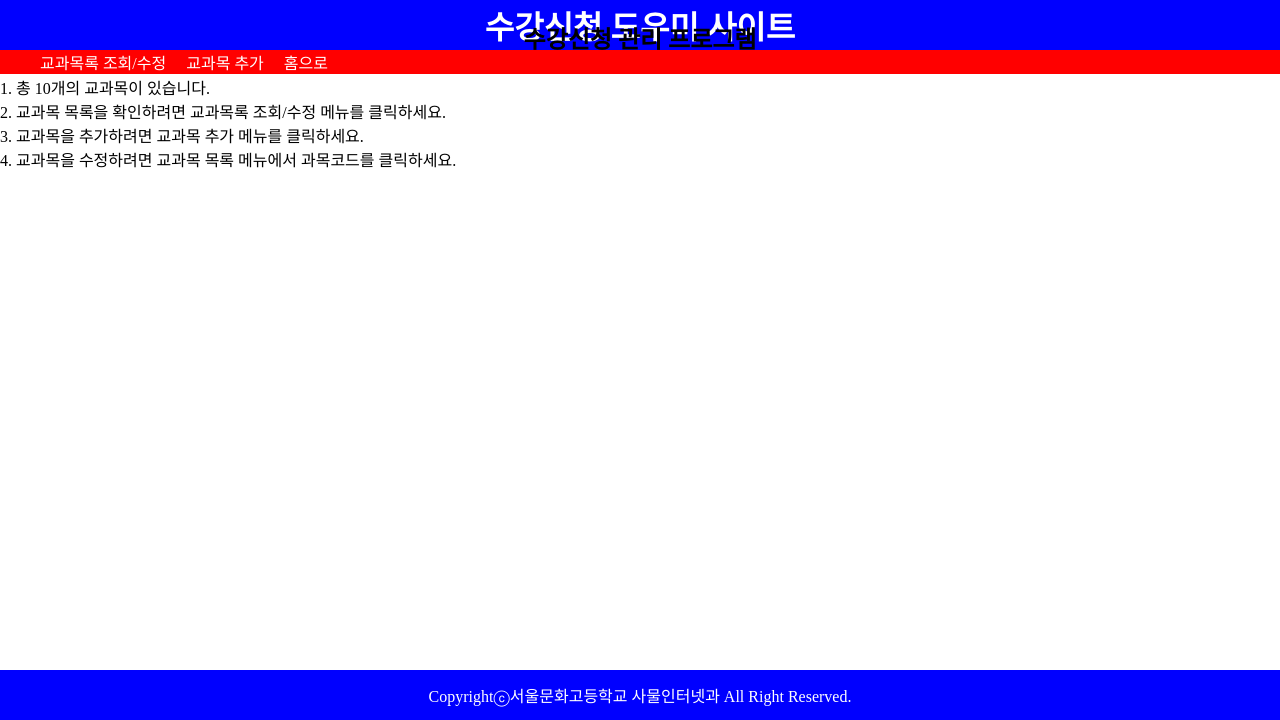
Repository: yuuki08noah/CHUNGCHUSANKI
Page: http://localhost/HRD_002/
An editor plug-in stored every save of this project. The page is shown before and after the next save, followed by the edit.
The browser window is 1280 px wide. The pictures show the whole page.
The page is served by Tomcat 9. Other server files are loaded and not shown.

Above is the page before, as saved 2025-04-01 07:54:35.

### HRD_002/src/main/webapp/index.jsp
<%@ page language="java" contentType="text/html; charset=UTF-8"
    pageEncoding="UTF-8"%>
<!DOCTYPE html>
<html>
<head>
<meta charset="UTF-8">
<title>Index</title>
</head>
<body>
	<jsp:include page="header.jsp"/>
	<section style="position: absolute; width: 100%; top:">
		<div style="text-align: center; width: 100%">
			<h2>수강신청 관리 프로그램</h2>
		</div>
		1. 총 10개의 교과목이 있습니다.<br>
		2. 교과목 목록을 확인하려면 교과목록 조회/수정 메뉴를 클릭하세요.<br>
		3. 교과목을 추가하려면 교과목 추가 메뉴를 클릭하세요.<br>
		4. 교과목을 수정하려면 교과목 목록 메뉴에서 과목코드를 클릭하세요.
	</section>
	<jsp:include page="footer.jsp"/>
</body>
</html>

### HRD_002/src/main/webapp/header.jsp
<%@ page language="java" contentType="text/html; charset=UTF-8"
    pageEncoding="UTF-8"%>
<!DOCTYPE html>
<html>
<head>
<meta charset="UTF-8">
<title>Header</title>
</head>
<body style="margin: 0 0; padding: 0 0;">
	<div style="display: flex; position: fixed; top: 0px; justify-content: center; align-items: center; background-color: blue; width: 100%; height: 50px; color: white;"><h1>수강신청 도우미 사이트</h1></div>
	<div style="display: flex; gap: 20px; width: 100%; padding-left: 40px; background-color: red; position: fixed; top: 50px; color: white">
	<a>교과목록 조회/수정</a>

	<a>교과목 추가</a>

	<a>홈으로</a>
	</div>
</body>
</html>

### HRD_002/src/main/webapp/footer.jsp
<%@ page language="java" contentType="text/html; charset=UTF-8"
    pageEncoding="UTF-8"%>
<!DOCTYPE html>
<html>
<head>
<meta charset="UTF-8">
<title>Footer</title>
</head>
<body style="margin:0 0; padding: 0 0">
	<div style="display: flex; position: fixed; bottom: 0px; justify-content: center; align-items: center; background-color: blue; width: 100%; height: 50px; color: white;">Copyrightⓒ서울문화고등학교 사물인터넷과 All Right Reserved.</div>

</body>
</html>

After the next save:
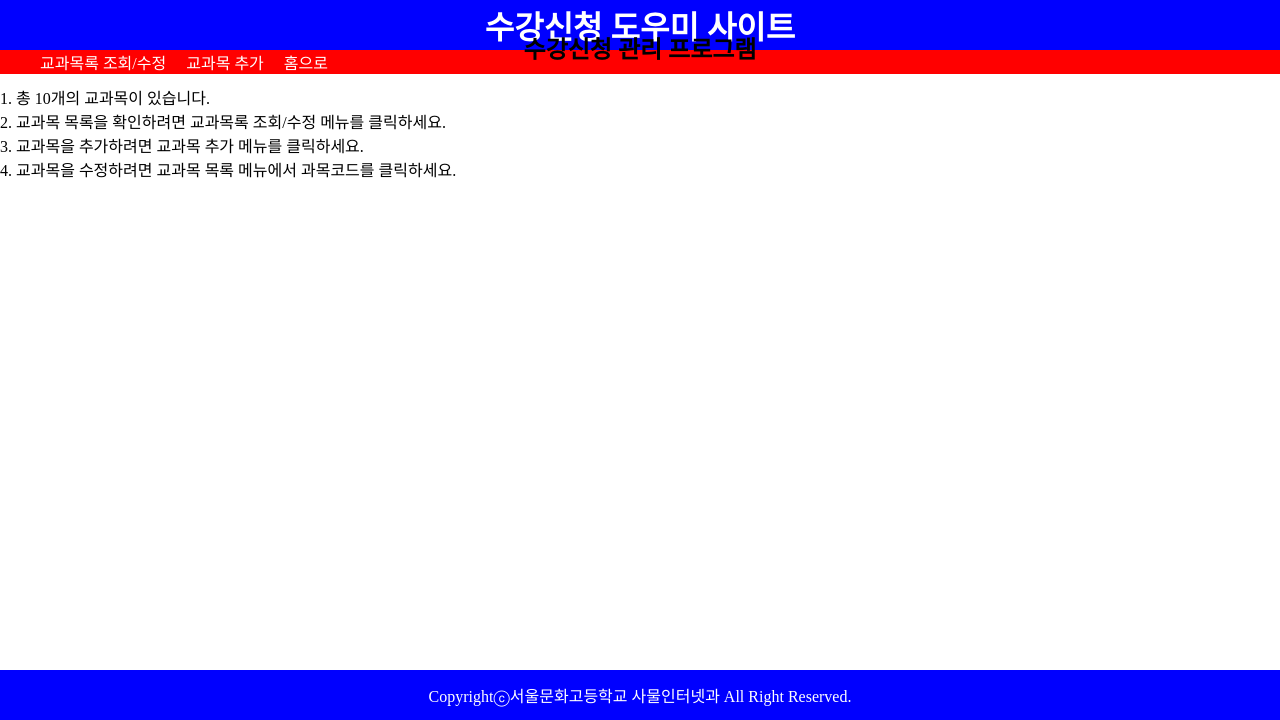
Saved 11 s later.
--- a/HRD_002/src/main/webapp/index.jsp
+++ b/HRD_002/src/main/webapp/index.jsp
@@ -8,7 +8,7 @@
 </head>
 <body>
 	<jsp:include page="header.jsp"/>
-	<section style="position: absolute; width: 100%; top:">
+	<section style="position: absolute; width: 100%; top:10px">
 		<div style="text-align: center; width: 100%">
 			<h2>수강신청 관리 프로그램</h2>
 		</div>
